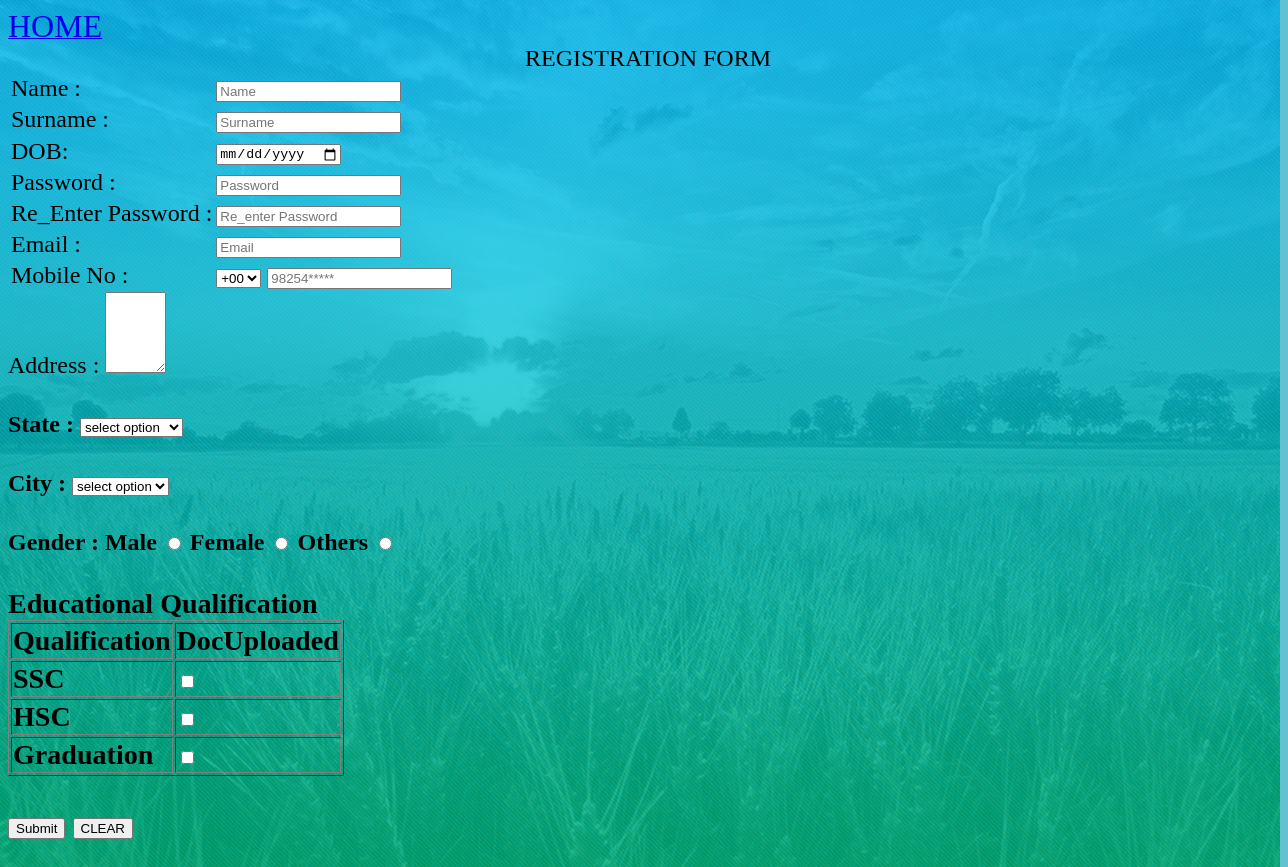
Repository: AJEET006/AdvanceJava-DSA
Page: ADVANCE_JAVA/HW_Example/WebContent/RegistrationForm.html
An editor plug-in stored every save of this project. The page is shown before and after the next save, followed by the edit.
The browser window is 1280 px wide. The page is 1288 px wide, so the pictures cover 1288 px, including what lies to the right of the window. The pictures show the whole page.

Above is the page before, as saved 2022-06-22 03:17:41.

### ADVANCE_JAVA/HW_Example/WebContent/RegistrationForm.html
<!DOCTYPE html>
<html>
<head>
<meta charset="ISO-8859-1">
<style>
	body{background-image:url("./regis4.jpg"); height: 200%;width:100%;background-repeat: no-repeat;
	background-size: cover;}
</style>
<title>Insert title here</title>
</head>
<body style="background-color: rgb(100, 193, 209);">
	<a href="Firstpage.html"><font size="6" style="border-width: medium;">HOME</font></a>
	<form>
		<font size="5" style="background-color: background;">
			<bg>
			<center>REGISTRATION FORM</center>
			</bg>
		</font>
		<font size="5">
		<table>

			<tr>
				<td>Name :</td>

				<td><input type="text" placeholder="Name" name="" /></td>
			</tr>

			<tr>
				<td>Surname :</td>
				<td><input type="text" placeholder="Surname" surname="" /></td>
			</tr>

			<tr>
				<td>DOB:</td>
				<td><input type="date" placeholder="DOB" date="" /></td>
			</tr>

			<tr>
				<td>Password :</td>
				<td><input type="password" placeholder="Password" password=""/></td>
			</tr>

			<tr>
			<td> Re_Enter Password :</td>
			<td><input type="password" placeholder="Re_enter Password" password=""/></td>
			</tr>

			<tr>
			<td>  Email :</td>
			<td><input type="email" placeholder="Email" email="" /></td>
			</tr>

			<tr>
				<td> Mobile No :</td>
				<td>
					<select>
							<option>+00</option>
							<option>+91</option>
							<option>+92</option>
							<option>+93</option>
							<option>+94</option>
							<option>+95</option>
							<option>+96</option>
							<option>+97</option>
					</select>
					<input type="Mobile No" placeholder="98254*****" name="">
				</td>
			</tr>

		</table>
		</font>
		<font size="5">
			Address :
			<textarea rows="5" cols="5"></textarea>
		</h4>
		<h4>
			State :
			<select name="State">
				<option>select option</option>
				<option>Uttar pradesh</option>
				<option>Maharashtra</option>
				<option>Rajasthan</option>
				<option>Punjab</option>
				<option>Bihar</option>

			</select>
		</h4>
		<h4>
			City :
			<select name="City">
				<option>select option</option>
				<option>Prayagraj</option>
				<option>Pune</option>
				<option>Chennai</option>
				<option>Hydarabad</option>
				<option>Darbhanga</option>

			</select>
		</h4>



		<h4>
			Gender :
			Male <input type="radio" name="gender" />
			Female <input type="radio" name="gender" />
			Others <input type="radio" name="gender" />

		</h4>
		<h3>
			Educational Qualification
			<table border="1">
				<tr>
					<th>Qualification</th>
					<th>DocUploaded</th>

				</tr>
				<tr>
					<td>SSC</td>
					<td><input type="checkbox" name="SSC"></td>
				</tr>
				<tr>
					<td>HSC</td>
					<td><input type="checkbox" name="HSC"></td>
				</tr>
				<tr>
					<td>Graduation</td>
					<td><input type="checkbox" name="Graduation"></td>
				</tr>
			</table>
			<br /> <input type="submit" value="Submit" name="">

				 <input type="button" value="CLEAR" name="">

		</h3>


	</form>

</body>
</html>

After the next save:
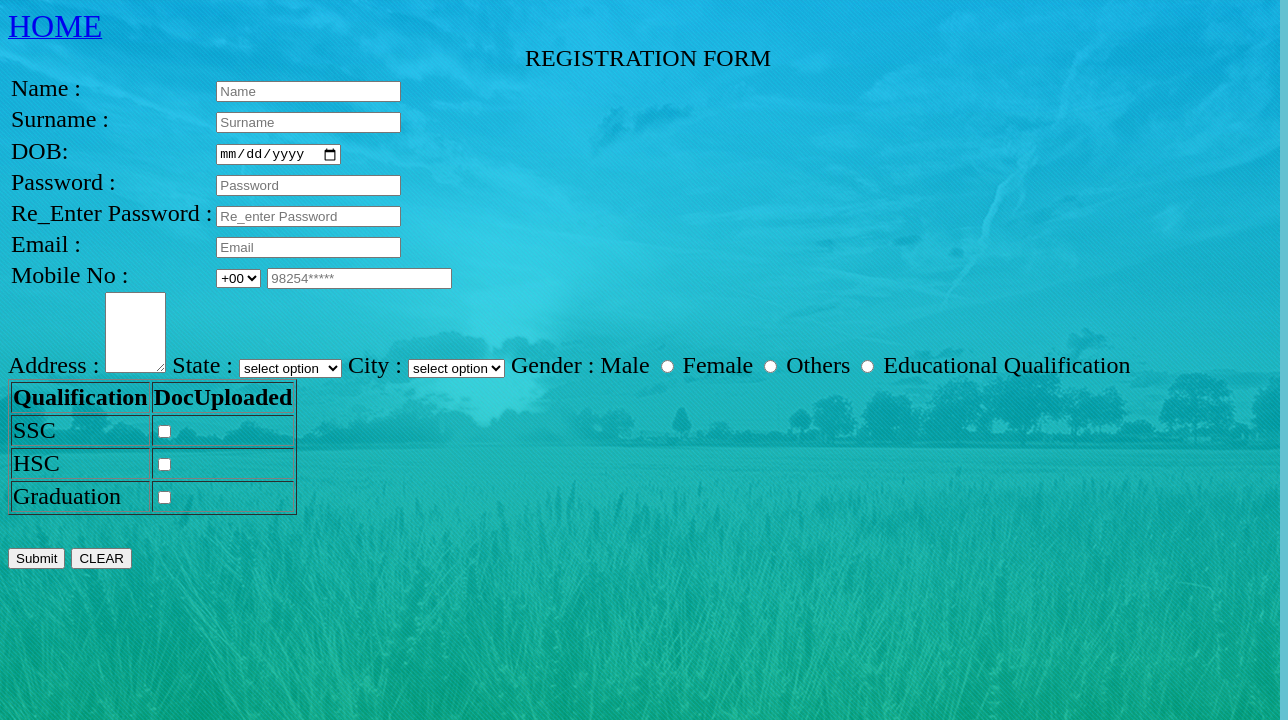
Saved 77 s later.
--- a/ADVANCE_JAVA/HW_Example/WebContent/RegistrationForm.html
+++ b/ADVANCE_JAVA/HW_Example/WebContent/RegistrationForm.html
@@ -72,8 +72,8 @@
 		<font size="5">
 			Address :
 			<textarea rows="5" cols="5"></textarea>
-		</h4>
-		<h4>
+		</font>
+		<font size="5">
 			State :
 			<select name="State">
 				<option>select option</option>
@@ -84,8 +84,8 @@
 				<option>Bihar</option>
 
 			</select>
-		</h4>
-		<h4>
+		</font>
+		<font size="5">
 			City :
 			<select name="City">
 				<option>select option</option>
@@ -96,18 +96,18 @@
 				<option>Darbhanga</option>
 
 			</select>
-		</h4>
+		</font>
 
 
 
-		<h4>
+		<font size="5">
 			Gender :
 			Male <input type="radio" name="gender" />
 			Female <input type="radio" name="gender" />
 			Others <input type="radio" name="gender" />
 
-		</h4>
-		<h3>
+		</font>
+		<font size="5">
 			Educational Qualification
 			<table border="1">
 				<tr>
@@ -132,7 +132,7 @@
 
 				 <input type="button" value="CLEAR" name="">
 
-		</h3>
+		</font>
 
 
 	</form>
